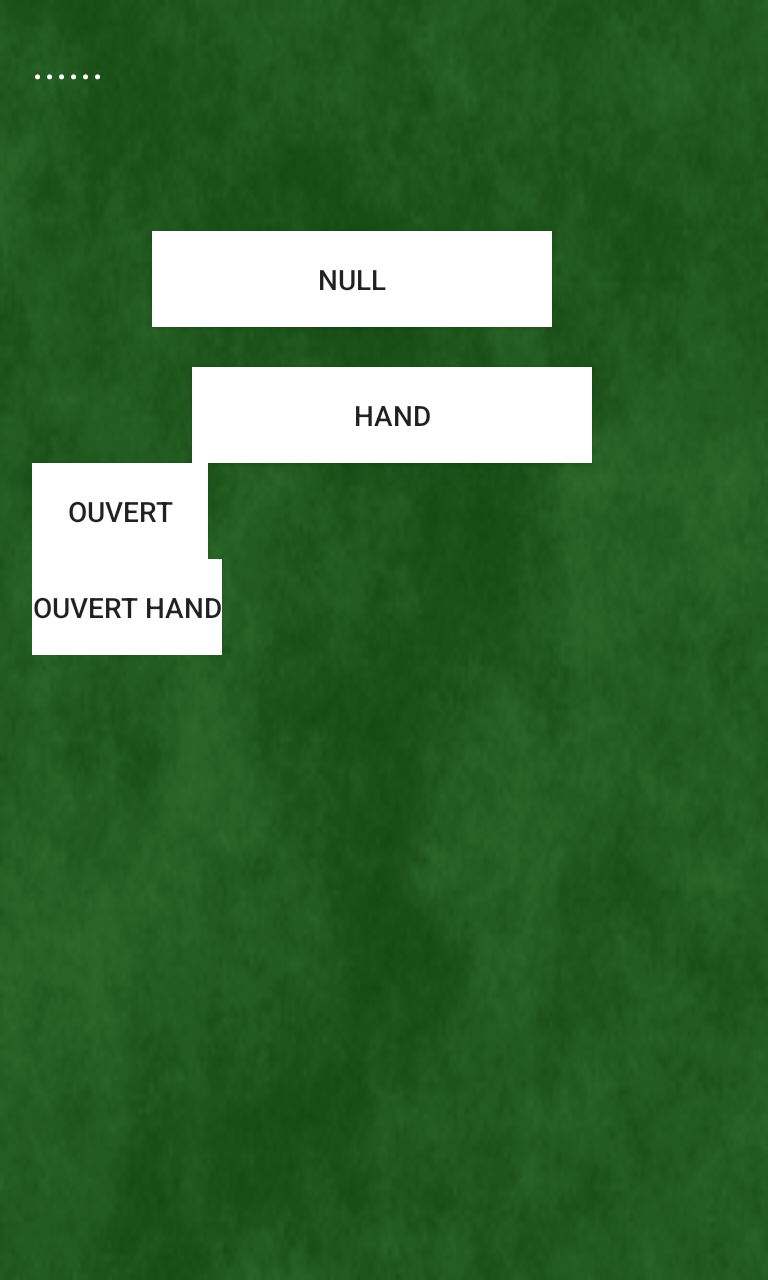
Repository: razinanu/InSy-Skat
Layout: InSy-Skat/res/layout/fragment_null_s.xml
These files come from the project's save history. The layout is drawn as it stood at one moment and after the next save; the edit follows.
It is drawn on a 768 x 1280 px phone screen (xhdpi) without system bars, with theme AppThemeWithoutActionBarTitle; the app's code is not run.

Above is the layout before, as saved 2014-06-21 19:10:59.

After the next save:
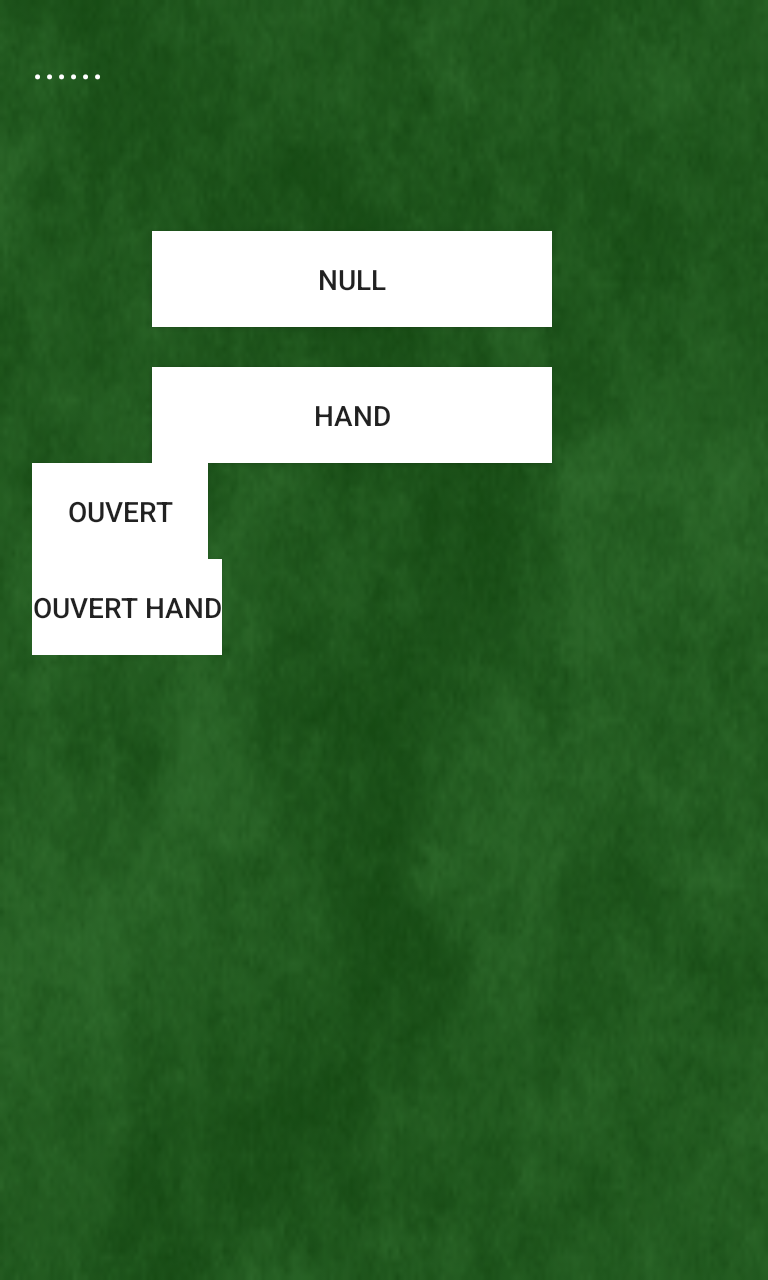
Saved 19 s later.
--- a/InSy-Skat/res/layout/fragment_null_s.xml
+++ b/InSy-Skat/res/layout/fragment_null_s.xml
@@ -39,7 +39,7 @@
                 android:layout_height="wrap_content"
                 android:layout_marginTop="20dp"
                 android:layout_width="200dp"
-                android:layout_marginLeft="80dp"
+                android:layout_marginLeft="60dp"
                 android:text="@string/nullH"
                 android:background="#ffffff" />
 
